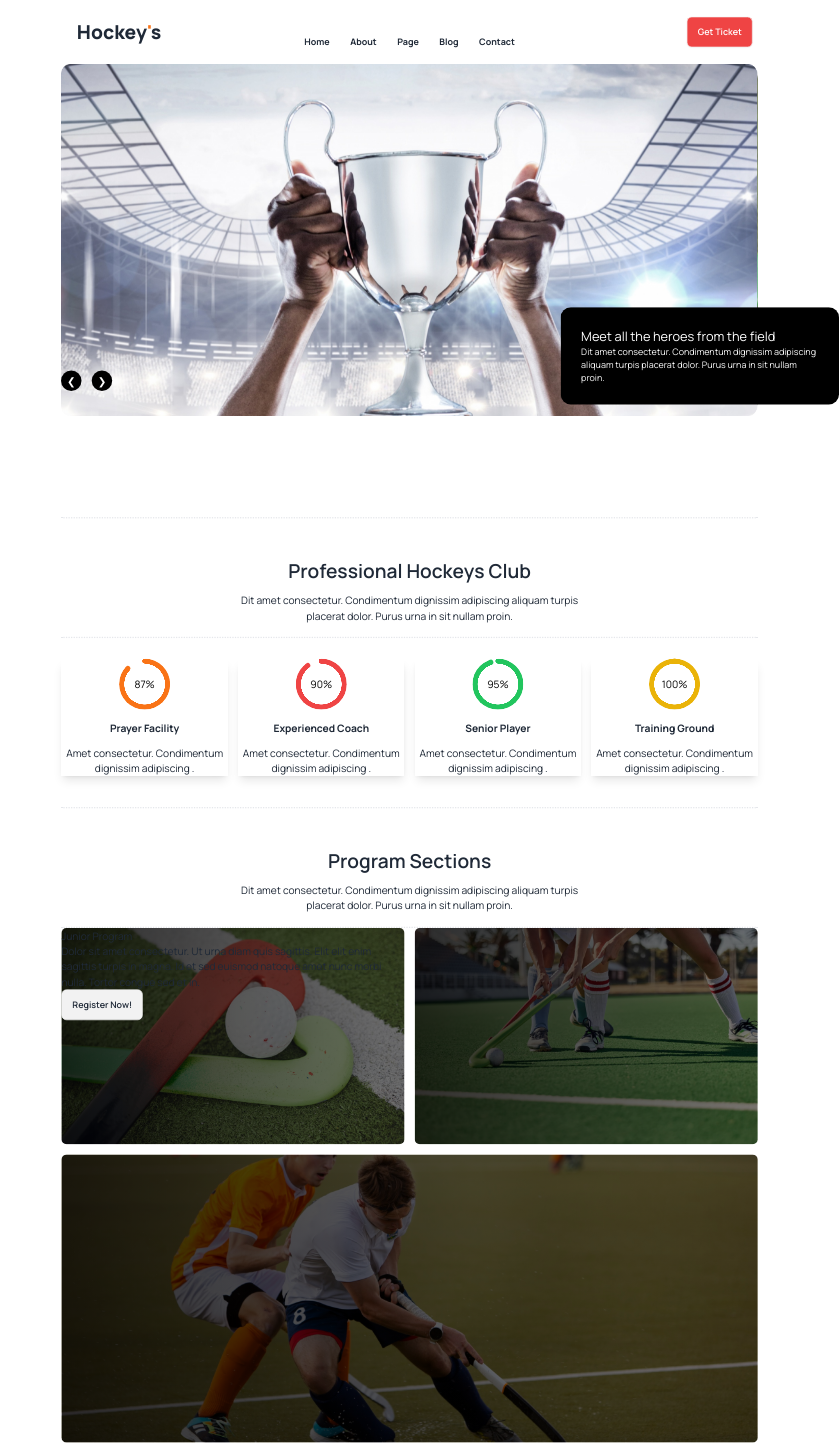
Repository: RudrasahaDibos/Hockey-
Page: index.html
These files come from the project's save history. The page is drawn as it stood at one moment and after a run of saves; the edit follows.
The browser window is 1280 px wide. The page is 1311 px wide, so the pictures cover 1311 px, including what lies to the right of the window. The pictures show the whole page, at 64% of full size.
Some web libraries are served in a nearby version.

Above is the page before, as saved 2024-10-23 22:34:25.

After the next 4 saves:
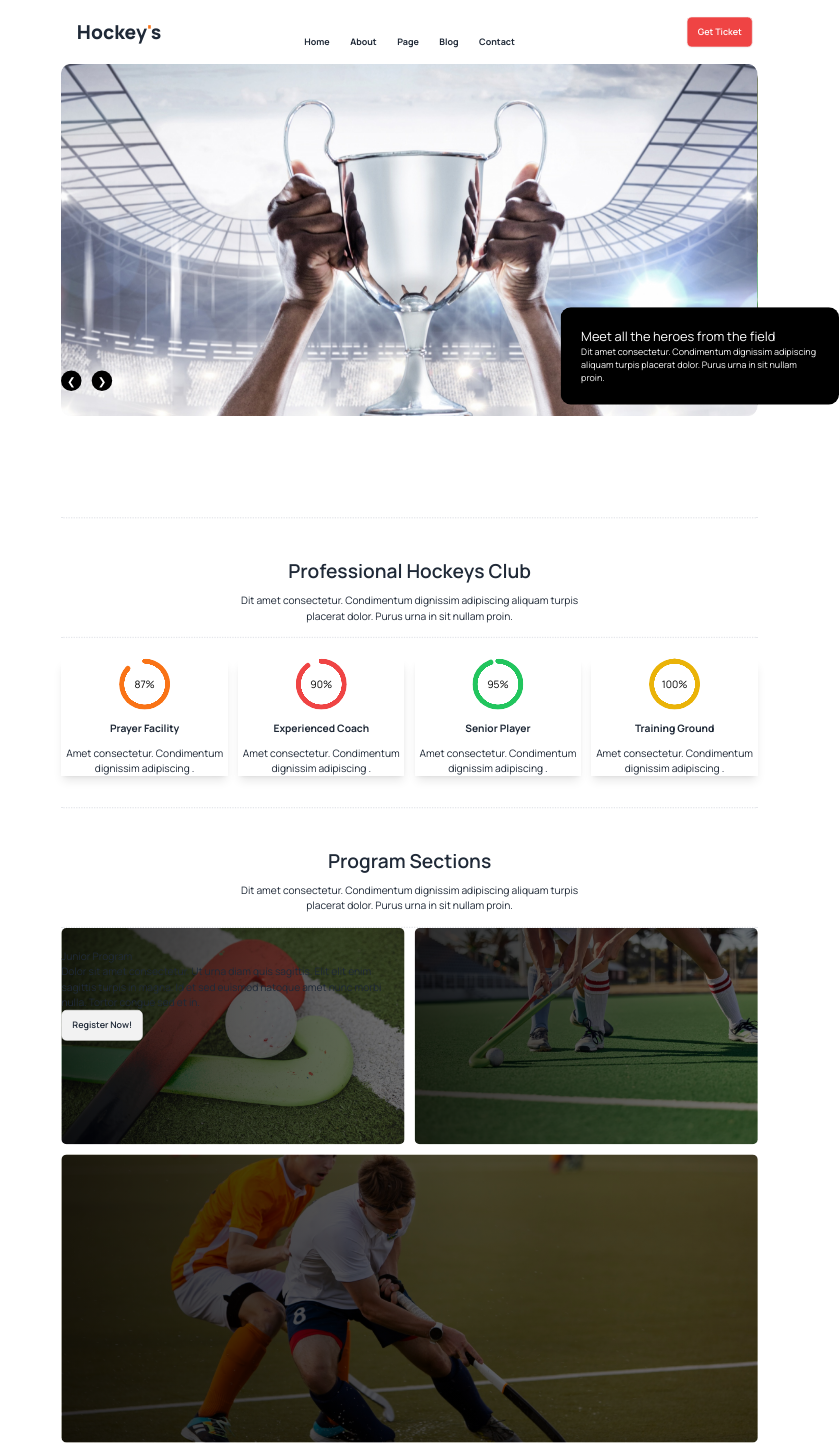
The 4 saves are shown as one change because they came seconds apart.
The last was saved 17 s later.
--- a/index.html
+++ b/index.html
@@ -211,7 +211,7 @@
 
                                   <div class=" relative bg-no-repeat rounded-lg  bg-center bg-cover  w-full bg-[linear-gradient(90deg,rgb(0,0,0,0.8),rgb(0,0,0,0.5)),url(./images/2.png)] h-[338px]">
 
-                                   <div class="top-6">
+                                   <div class="pt-8">
                                     <h2>Junior Program</h2>
                                     <p>Dolor sit amet consectetur. Ut urna diam quis sagittis. Elit elit
                                       enim sagittis turpis in magna. Id et sed euismod natoque amet nunc morbi nulla. Tortor congue sed et in.</p>
